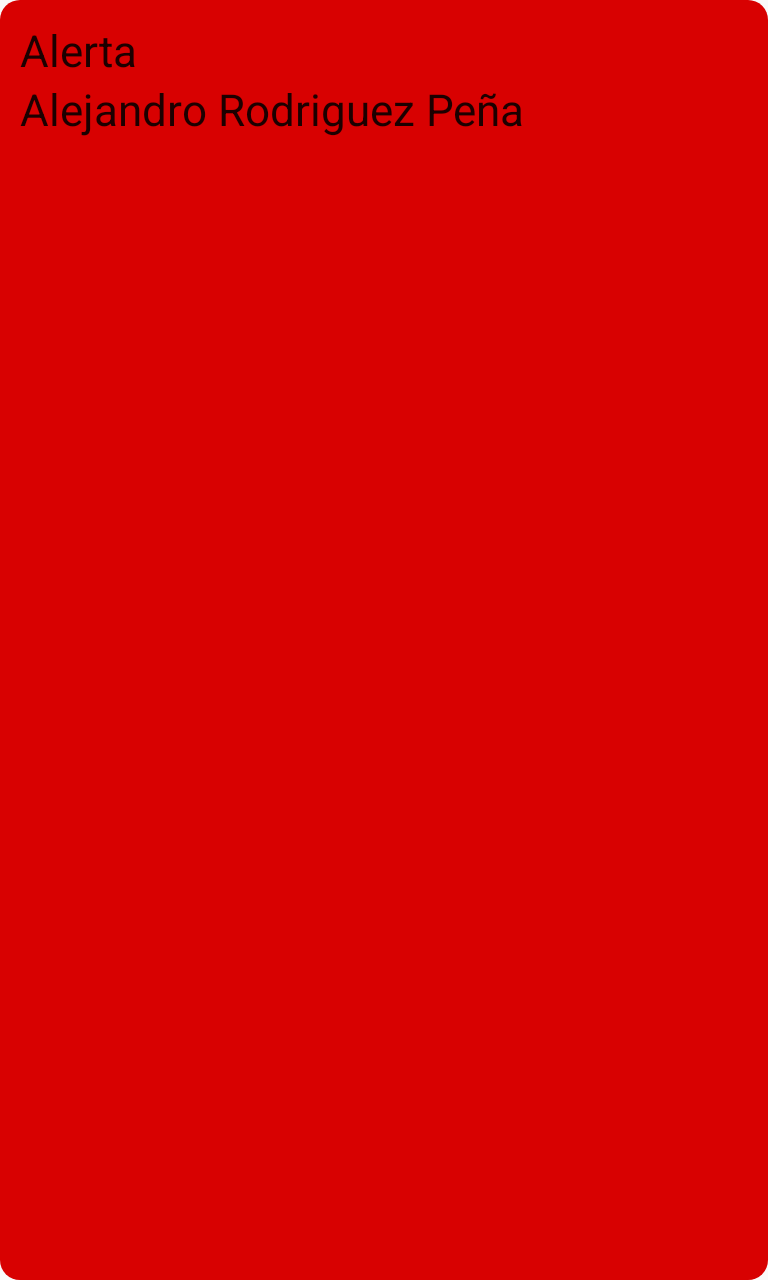
Repository: arodriguezp2003/aqandroid
Layout: Validador/res/layout/alerta_error.xml
The author's editor kept a copy of each file at every save. The layout is drawn from the files as they stood at one save, then again after the next save.
It is drawn on a 768 x 1280 px phone screen (xhdpi) without system bars, with theme AppTheme; the app's code is not run.

Above is the layout before, as saved 2014-07-10 16:16:20.

### Validador/res/layout/alerta_error.xml
<?xml version="1.0" encoding="utf-8"?>
<LinearLayout xmlns:android="http://schemas.android.com/apk/res/android"
    android:id="@+id/alerta_error"
    android:layout_width="fill_parent"
    android:layout_height="fill_parent"
    android:background="@drawable/alerta_error"
    android:orientation="vertical"
    android:padding="10dp" >

    <TextView
        android:id="@+id/aer_welcome"
        android:layout_width="wrap_content"
        android:layout_height="wrap_content"
        android:text="Alerta"
        android:textAppearance="?android:attr/textAppearanceLarge" />

    <TextView
        android:id="@+id/aerName"
        android:layout_width="wrap_content"
        android:layout_height="wrap_content"
        android:text="Alejandro Rodriguez Peña"
        android:textAppearance="?android:attr/textAppearanceLarge" />

</LinearLayout>

### Validador/res/drawable-mdpi/alerta_error.xml
<?xml version="1.0" encoding="utf-8"?>
<selector xmlns:android="http://schemas.android.com/apk/res/android">
    <item android:state_pressed="true" >
        <shape>
            <solid
                android:color="#d80101" />

            <corners
                android:radius="10dp" />
            <padding
                android:left="10dp"
                android:top="10dp"
                android:right="10dp"
                android:bottom="10dp" />
        </shape>
    </item>
    <item >
        <shape >
            <solid
                android:color="#d80101" />

            <corners
                android:radius="10dp" />
            <padding
                android:left="10dp"
                android:top="10dp"
                android:right="10dp"
                android:bottom="10dp" />
        </shape>
    </item>
</selector>

Loaded but not shown: Validador/res/values/styles.xml (common file); Validador/res/values-v11/styles.xml (common file); Validador/res/values-v14/styles.xml (common file)

After the next save:
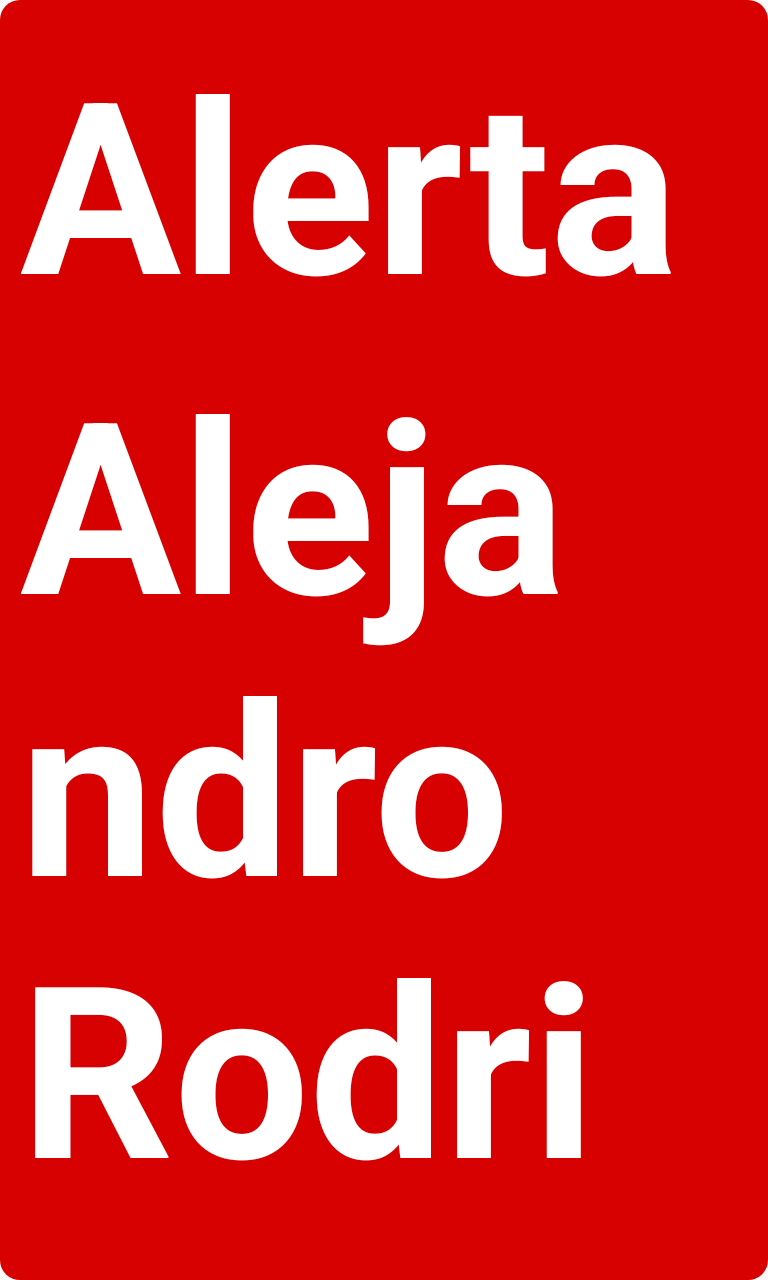
Saved 4 min 44 s later.
--- a/Validador/res/layout/alerta_error.xml
+++ b/Validador/res/layout/alerta_error.xml
@@ -12,13 +12,17 @@
         android:layout_width="wrap_content"
         android:layout_height="wrap_content"
         android:text="Alerta"
-        android:textAppearance="?android:attr/textAppearanceLarge" />
+        android:textStyle="bold"
+        android:textColor="#FFFFFF"
+        android:textSize="120dp"/>
 
     <TextView
         android:id="@+id/aerName"
         android:layout_width="wrap_content"
         android:layout_height="wrap_content"
         android:text="Alejandro Rodriguez Peña"
-        android:textAppearance="?android:attr/textAppearanceLarge" />
+        android:textStyle="bold"
+        android:textColor="#FFFFFF"
+        android:textSize="120dp"/>
 
 </LinearLayout>
